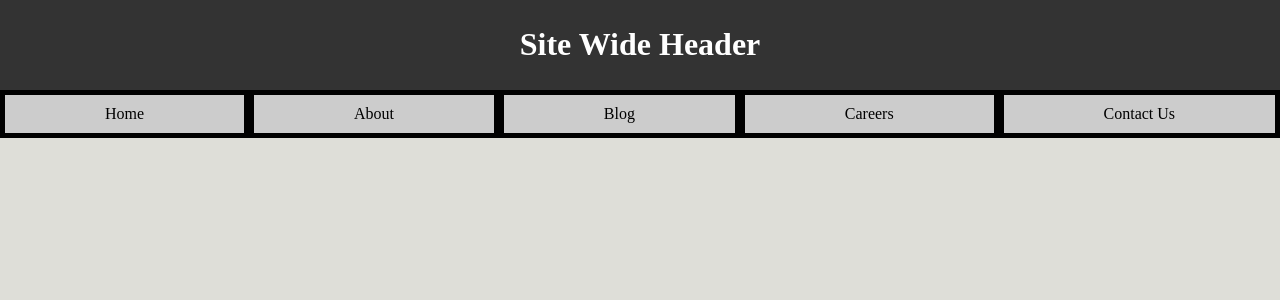
Repository: ayeza-baseer/AssignmentFlexbox
Page: assignment.html
An editor plug-in stored every save of this project. The page is shown before and after the next save, followed by the edit.
The browser window is 1280 px wide. The pictures show the whole page.

Above is the page before, as saved 2023-03-17 14:08:32.

After the next save:
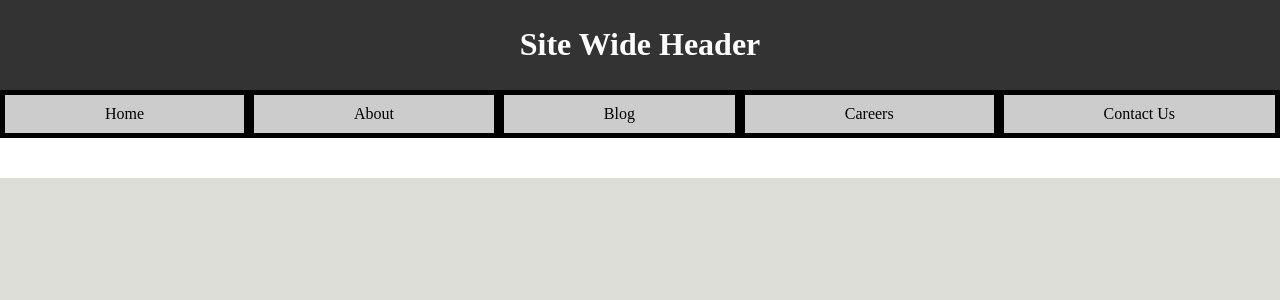
Saved 112 s later.
--- a/assignment.html
+++ b/assignment.html
@@ -19,7 +19,9 @@
         <a href="#">Contact Us</a>
       </div>
     <div class="row">
+      <div class="main">
 
+      </div>
     </div>
 </div>
 
